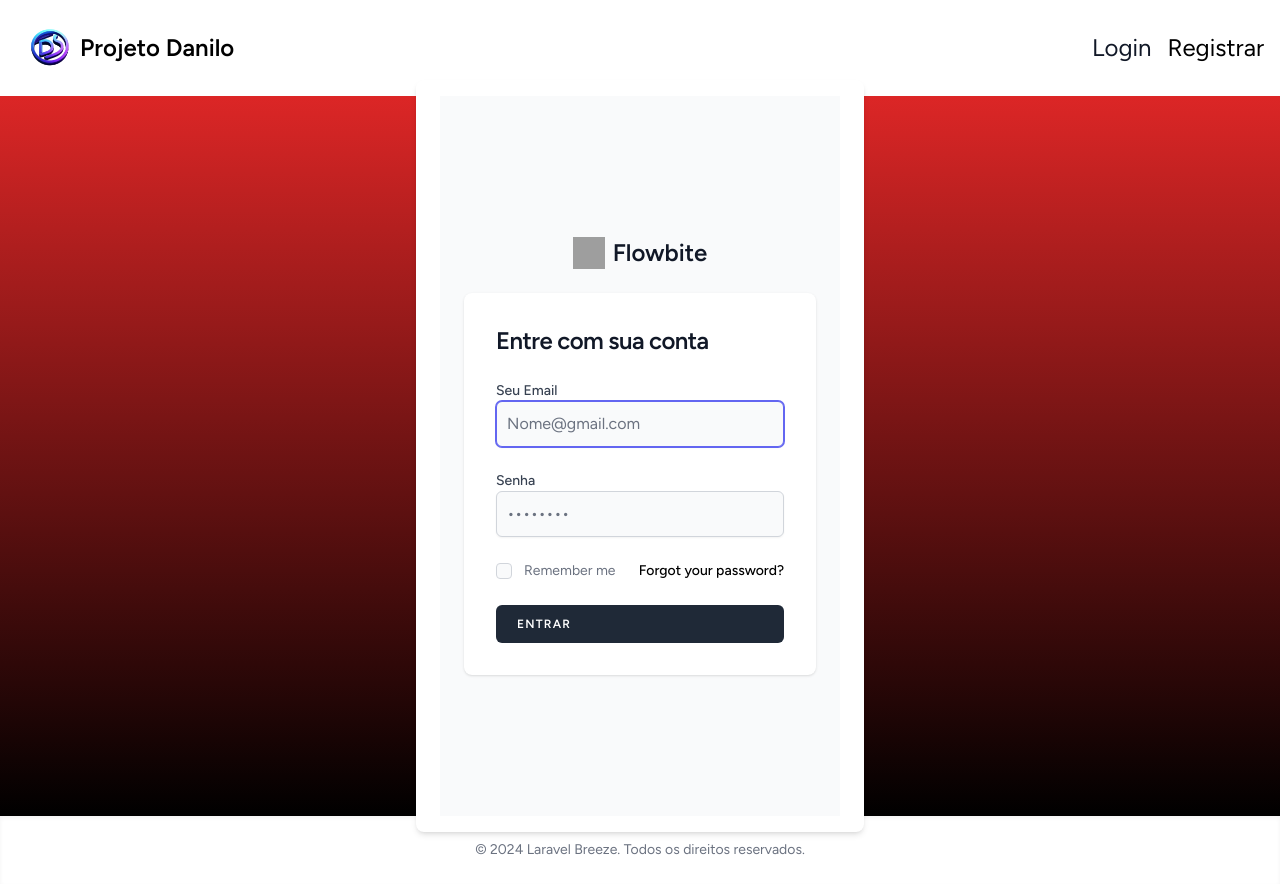
Repository: DaniloSsoares/Projeto-Laravel-site
Page: http://localhost/login
The author's editor kept a copy of each file at every save. The page is drawn from the files as they stood at one save, then again after the next save.
The browser window is 1280 px wide. The pictures show the whole page.
Pictures or frames that could not be fetched are drawn as grey boxes. The page is served by the project's Laravel application, run on PHP 8.4 with Laravel 12. Style sheets and scripts are compiled from the project's sources, by tool versions that may differ from the author's.

Above is the page before, as saved 2024-09-10 12:53:13.

After the next save:
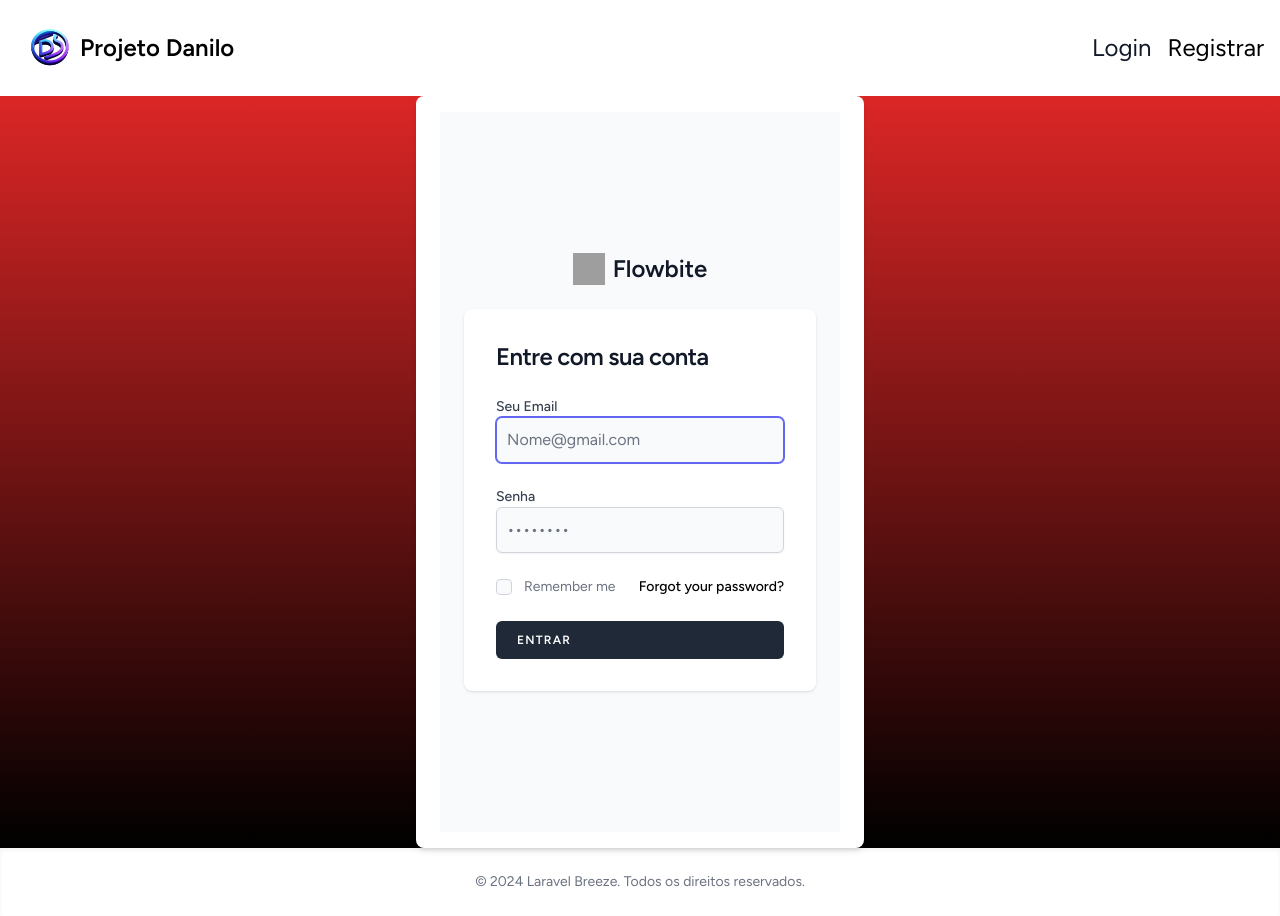
Saved 10 s later.
--- a/Projeto_Laravel_Crud/resources/views/layouts/guest.blade.php
+++ b/Projeto_Laravel_Crud/resources/views/layouts/guest.blade.php
@@ -39,7 +39,7 @@
         </nav>
 
         <!-- Main Content -->
-        <main class=" bg-gradient-to-b from-red-600 to-black h-96 flex items-center justify-center min-h-screen"> <!-- Adicionando flexbox para centralização -->
+        <main class=" bg-gradient-to-b from-red-600 to-black flex items-center justify-center min-h-screen"> <!-- Adicionando flexbox para centralização -->
             <div class="w-full sm:max-w-md px-6 py-4 bg-white dark:bg-gray-800 shadow-md overflow-hidden sm:rounded-lg">
                 {{ $slot }}
             </div>
